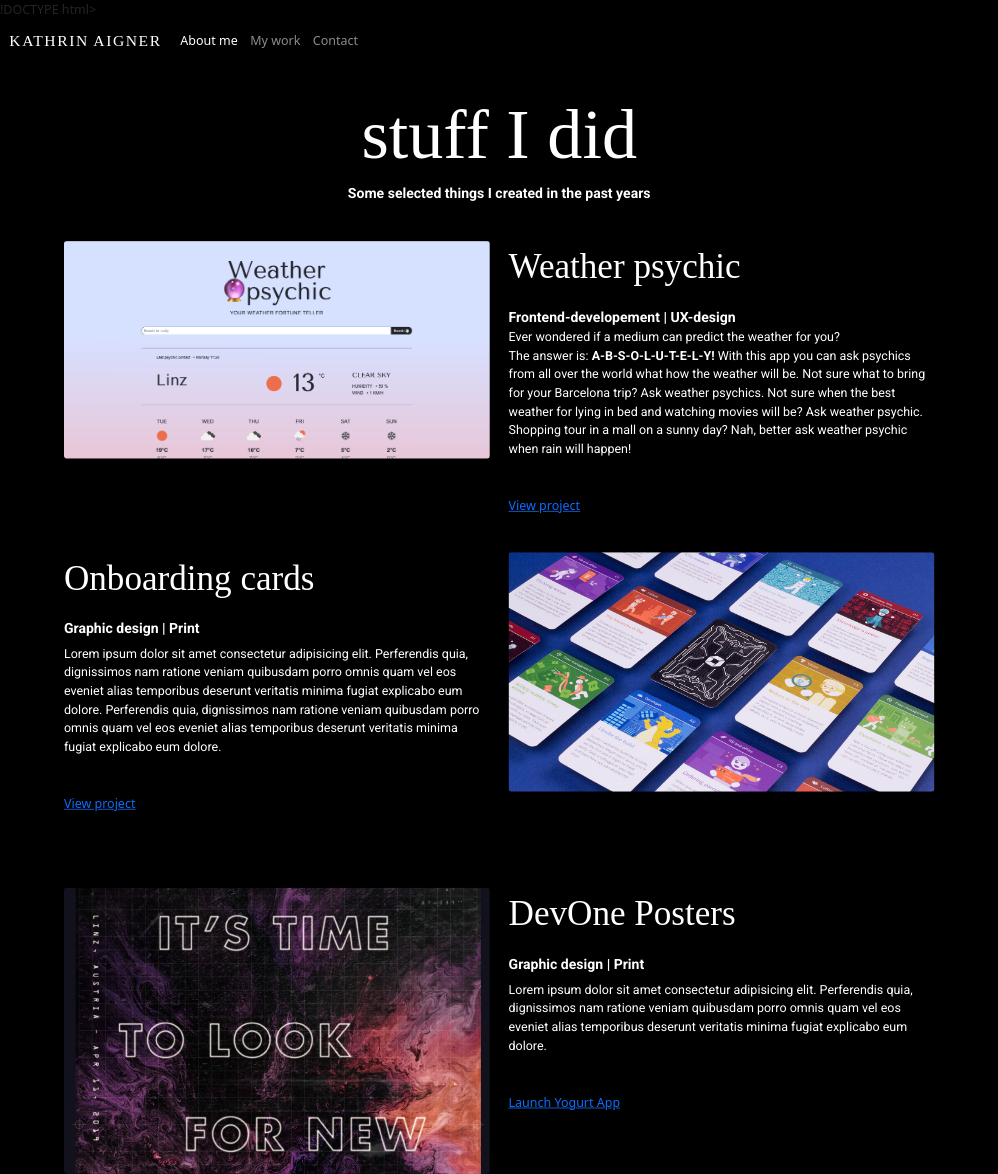
Repository: kathrin-aigner/Portfolio-2022
Page: work.html
An editor plug-in stored every save of this project. The page is shown before and after the next save, followed by the edit.
The browser window is 1280 px wide. The pictures show the whole page, at 78% of full size.
Some web fonts or font styles are not loaded; a fallback is used. Some web libraries are served in a nearby version.

Above is the page before, as saved 2022-03-28 13:32:40.

After the next save:
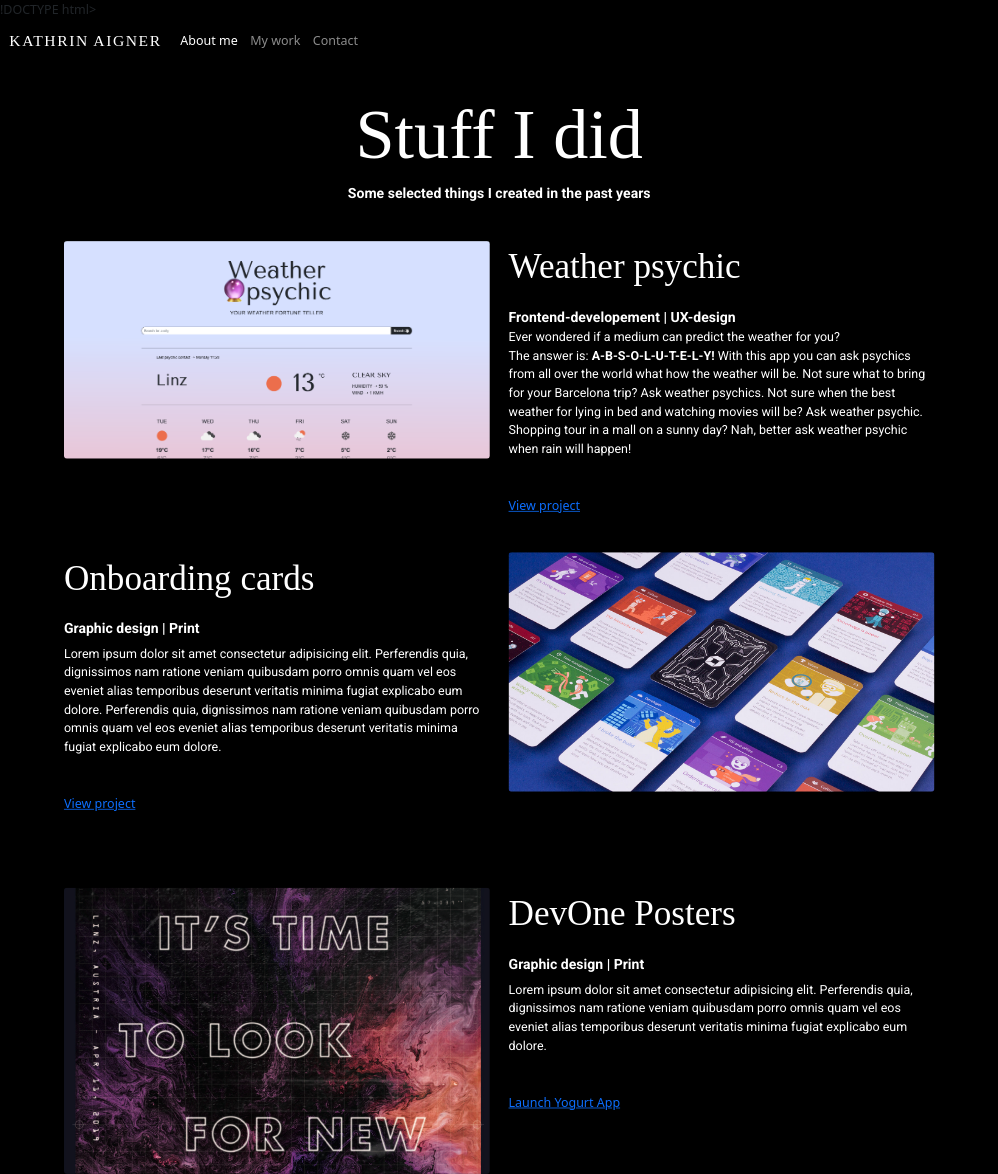
Saved 9 s later.
--- a/work.html
+++ b/work.html
@@ -71,7 +71,7 @@
     </nav>
     <div class="container mb-5">
       <div class="header-page text-center mb-3 mt-5">
-  stuff I did
+  Stuff I did
       </div>
       <div class="introduction text-center">
         Some selected things I created in the past years
